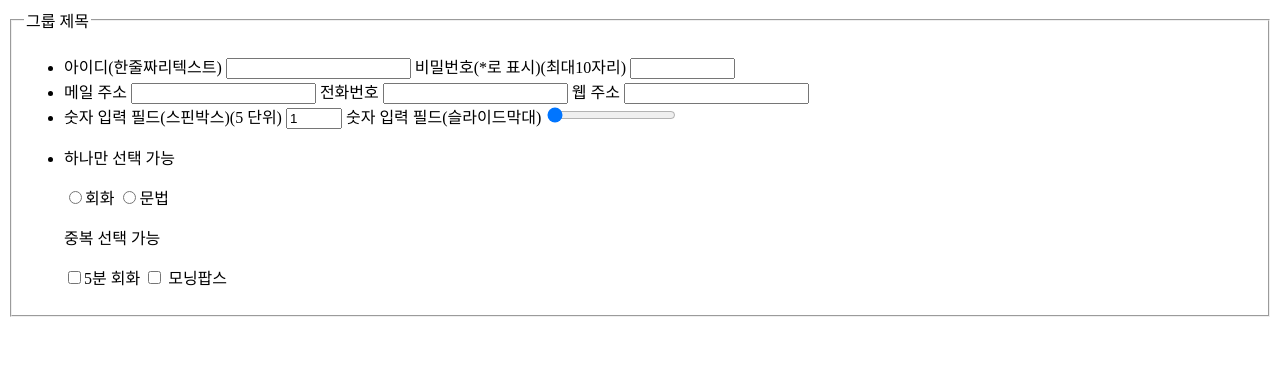
Repository: yeonddu/green_css
Page: web/pro01/songyeonsu/SongYeonsu.html
An editor plug-in stored every save of this project. The page is shown before and after the next save, followed by the edit.
The browser window is 1280 px wide. The pictures show the whole page.

Above is the page before, as saved 2022-12-13 06:22:28.

### web/pro01/songyeonsu/SongYeonsu.html
<!DOCTYPE html>
<html>
<head>
<meta charset="EUC-KR">
<title>Insert title here</title>
</head>
<body>
<form>
<fieldset>
	<legend>그룹 제목</legend>
	<ul>
		<li>
				<label for="user_id">아이디(한줄짜리텍스트)</label>
				<input type="text" id="user_id">
				<label for="user_pw">비밀번호(*로 표시)(최대10자리)</label>
				<input type="password" id="user_pw" size="10">
		</li>
		<li>
			<label for="mail">메일 주소</label>
			<input type="email" id="mail">
			<label for="phone">전화번호</label>
			<input type="tel" id="phone">
			<label for="homep">웹 주소</label>
			<input type="url" id="homep">
		</li>
		<li>
			<label class="reg" for="stuffs">숫자 입력 필드(스핀박스)(5 단위)</label>
			<input type="number" id="stuffs" value="1" min="0" max="50" step="5">
			<label class="reg" for="satis">숫자 입력 필드(슬라이드막대)</label>
			<input type="range" id="satis" value="1" min="1" max="3">
		</li>
		<li>
			<p> 하나만 선택 가능</p>
			<label><input type="radio" name="subject" value="speaking">회화</label>
			<label><input type="radio" name="subject" value="grammer">문법</label>

			<p> 중복 선택 가능</p>
			<label><input type="checkbox" name="mailing" value="dialog">5분 회화</label>
			<label><input type="checkbox" name="mailing" value="pops"> 모닝팝스</label>
		</li>
	</ul>
</fieldset>
</form>

</body>
</html>

After the next save:
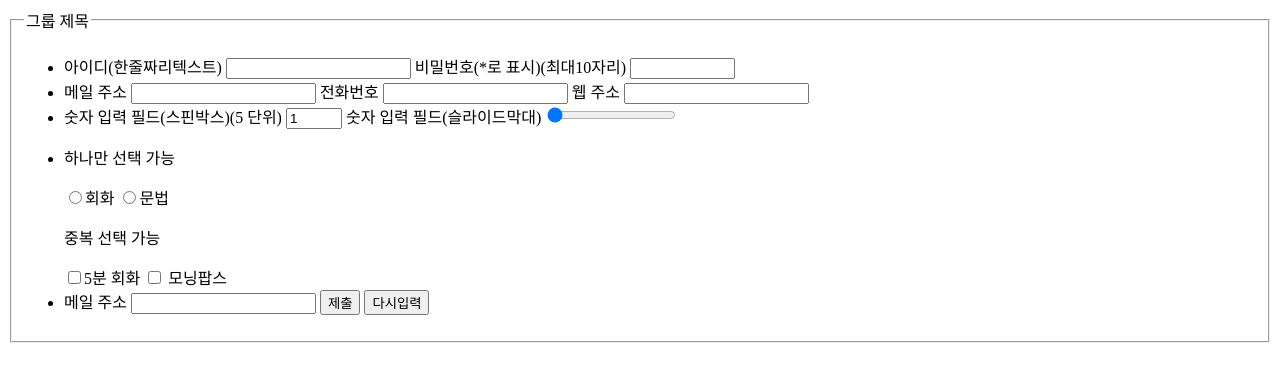
Saved 2 min 36 s later.
--- a/web/pro01/songyeonsu/SongYeonsu.html
+++ b/web/pro01/songyeonsu/SongYeonsu.html
@@ -38,6 +38,12 @@
 			<label><input type="checkbox" name="mailing" value="dialog">5분 회화</label>
 			<label><input type="checkbox" name="mailing" value="pops"> 모닝팝스</label>
 		</li>
+		<li>
+			<label> 메일 주소 <input type="text"></label>
+			<input type="submit" value="제출">
+			<input type="reset" value="다시입력">
+		</li>
+
 	</ul>
 </fieldset>
 </form>
